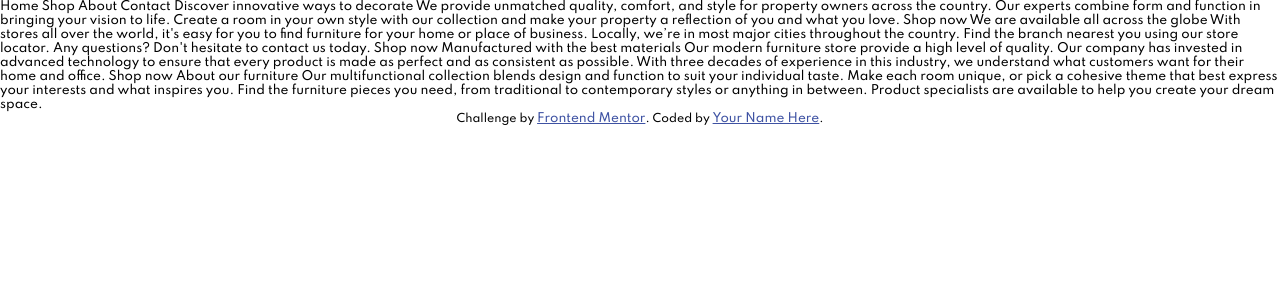
Repository: Jay-JYKim91/room-homepage-master
Page: index.html
An editor plug-in stored every save of this project. The page is shown before and after the next save, followed by the edit.
The browser window is 1280 px wide. The pictures show the whole page.

Above is the page before, as saved 2021-07-11 21:38:16.

After the next save:
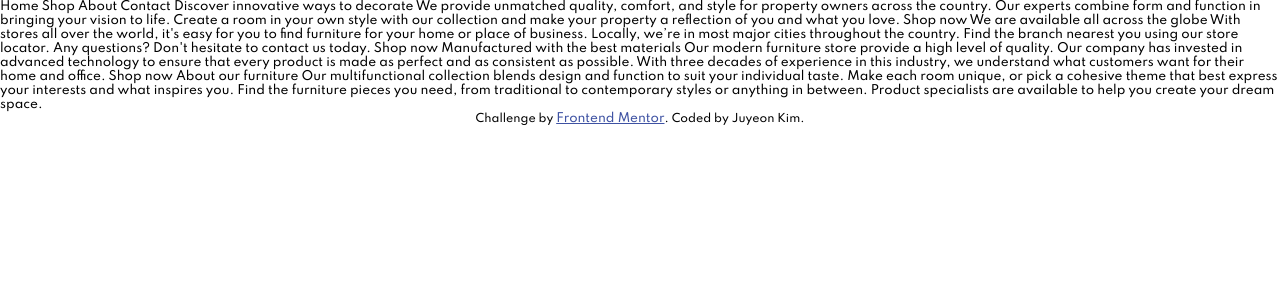
Saved 15 s later.
--- a/index.html
+++ b/index.html
@@ -50,7 +50,7 @@
 
   <div class="attribution">
     Challenge by <a href="https://www.frontendmentor.io?ref=challenge" target="_blank">Frontend Mentor</a>.
-    Coded by <a href="#">Your Name Here</a>.
+    Coded by Juyeon Kim.
   </div>
 </body>
 </html>
